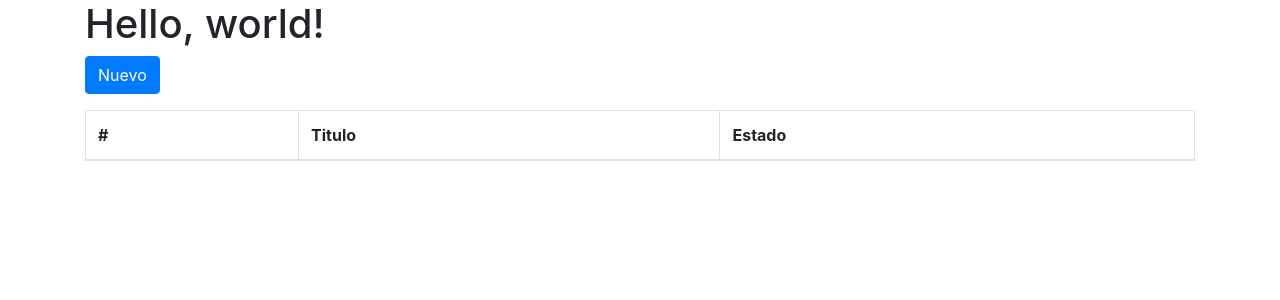
Repository: elrodriguez/uploadfile
Page: http://localhost/thesis
These files come from the project's save history. The page is drawn as it stood at one moment and after the next save; the edit follows.
The browser window is 1280 px wide. The pictures show the whole page.
Some web libraries are served in a nearby version. The page is served by the project's Laravel application, run on PHP 8.4 with Laravel 8. Queries for data that is not in the repository find no rows.

Above is the page before, as saved 2021-01-27 11:12:13.

After the next save:
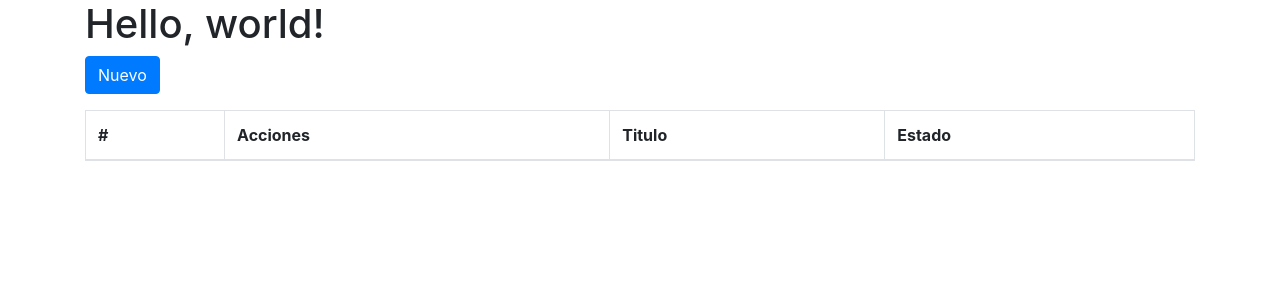
Saved 38 s later.
--- a/resources/views/thesis.blade.php
+++ b/resources/views/thesis.blade.php
@@ -18,6 +18,7 @@
         <thead>
           <tr>
             <th scope="col">#</th>
+            <th scope="col">Acciones</th>
             <th scope="col">Titulo</th>
             <th scope="col">Estado</th>
            </tr>
